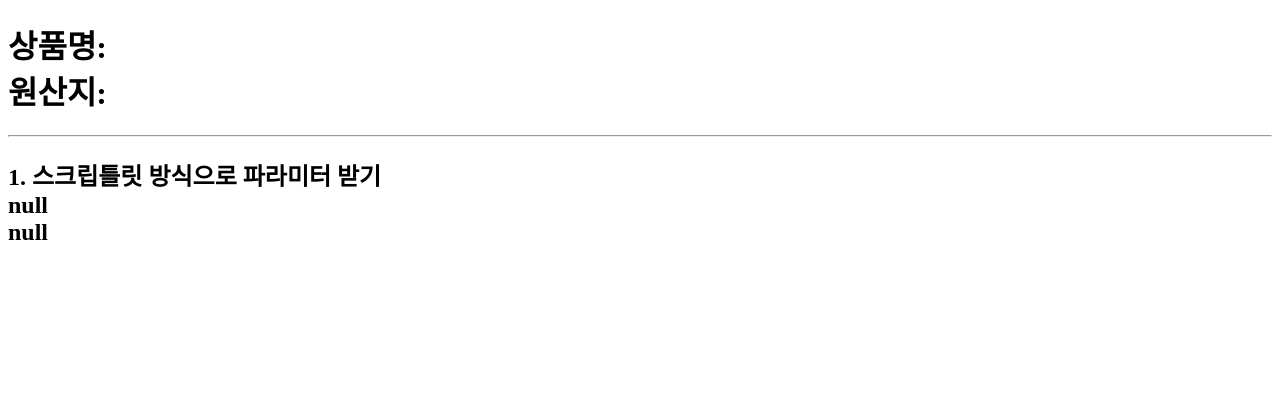
Repository: leechanggyu1118/JSTL_JAVA-WEB_-
Page: http://localhost/jstl_study/step-3.jsp
An editor plug-in stored every save of this project. The page is shown before and after the next save, followed by the edit.
The browser window is 1280 px wide. The pictures show the whole page.
The page is served by Tomcat 9. Other server files are loaded and not shown.

Above is the page before, as saved 2024-04-11 03:10:25.

### jstl_study/src/main/webapp/step-3.jsp
<%@ page language="java" contentType="text/html; charset=UTF-8"
    pageEncoding="UTF-8"%>
    <%@ taglib uri="http://java.sun.com/jsp/jstl/core" prefix="c" %>
<!DOCTYPE html>
<html>
<head>
<meta charset="UTF-8">
<title>Insert title here</title>
</head>
<body>
	<h1>
	상품명: ${param.name } <br>
	원산지: ${param.address }
	</h1>
	<hr>

	<h2>
		1. 스크립틀릿 방식으로 파라미터 받기 <br>

		<%= request.getParameter("name") %> <br>
		<%= request.getParameter("address")  %>




	</h2>

</body>
</html>

After the next save:
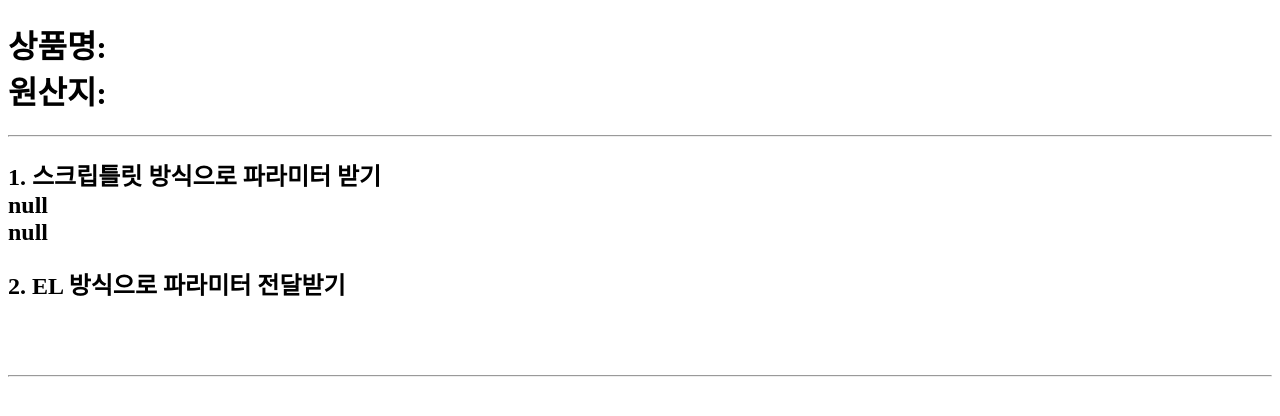
Saved 2 min 21 s later.
--- a/jstl_study/src/main/webapp/step-3.jsp
+++ b/jstl_study/src/main/webapp/step-3.jsp
@@ -19,11 +19,16 @@
 
 		<%= request.getParameter("name") %> <br>
 		<%= request.getParameter("address")  %>
+	</h2>
 
+	<h2>
+		2. EL 방식으로 파라미터 전달받기 <br>
 
+		${param.name } <br>
+		${param.address } <br>
+	</h2>
 
-
-	</h2>
+	<hr>
 
 </body>
 </html>
